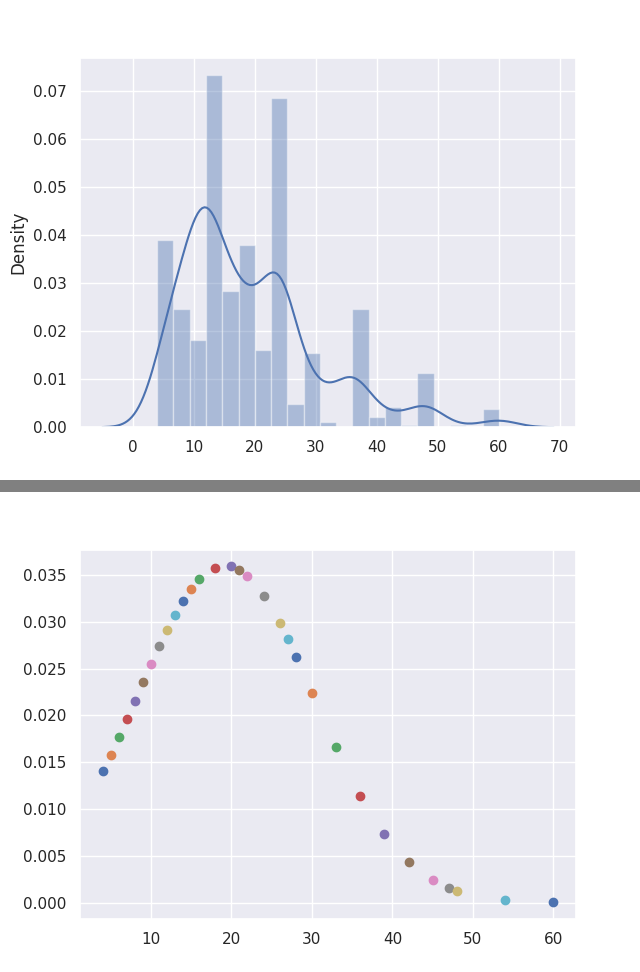
Repository: Suelt/Hust-SE-introduction-to-ML
Script's output: python Bayes Classification/Gaussian.py
These files come from the project's save history. The script's output is drawn as it stood at one moment and after the next save; the edit follows.
Each picture stacks the figures in order, with grey between them; figures that are only written to a file come last. Random numbers start from a fixed seed.

Above is the script's output before, as saved 2021-04-28 12:14:22.

After the next save:
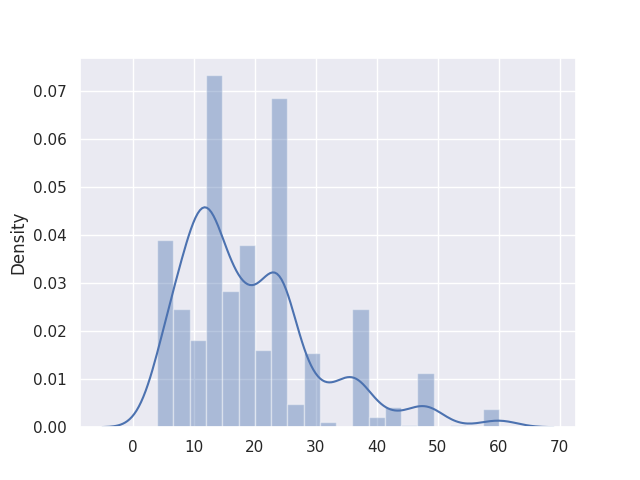
Error: NameError: name 'y' is not defined
Saved 10 s later.
--- a/Bayes Classification/Gaussian.py
+++ b/Bayes Classification/Gaussian.py
@@ -55,5 +55,5 @@
 gaussian_result=[]
 for i in values:
     r_2 = norm.pdf(i, loc=arr_mean, scale=arr_std)
-    ax.scatter(i, r_2)
+    y.append(y2)
 plt.show()

After the save that followed:
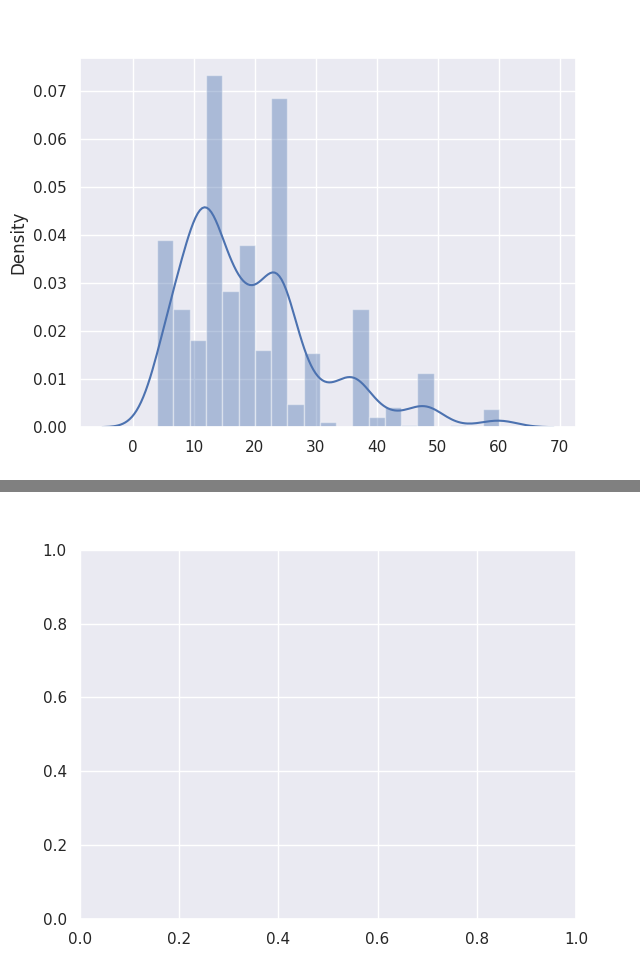
The error is gone.
Saved 6 s later.
--- a/Bayes Classification/Gaussian.py
+++ b/Bayes Classification/Gaussian.py
@@ -53,7 +53,9 @@
 arr_mean = np.mean(list_status)
 arr_std = np.std(list_status,ddof=1)
 gaussian_result=[]
+y=[]
+x=[]
 for i in values:
     r_2 = norm.pdf(i, loc=arr_mean, scale=arr_std)
-    y.append(y2)
+    y.append(r_2)
 plt.show()
